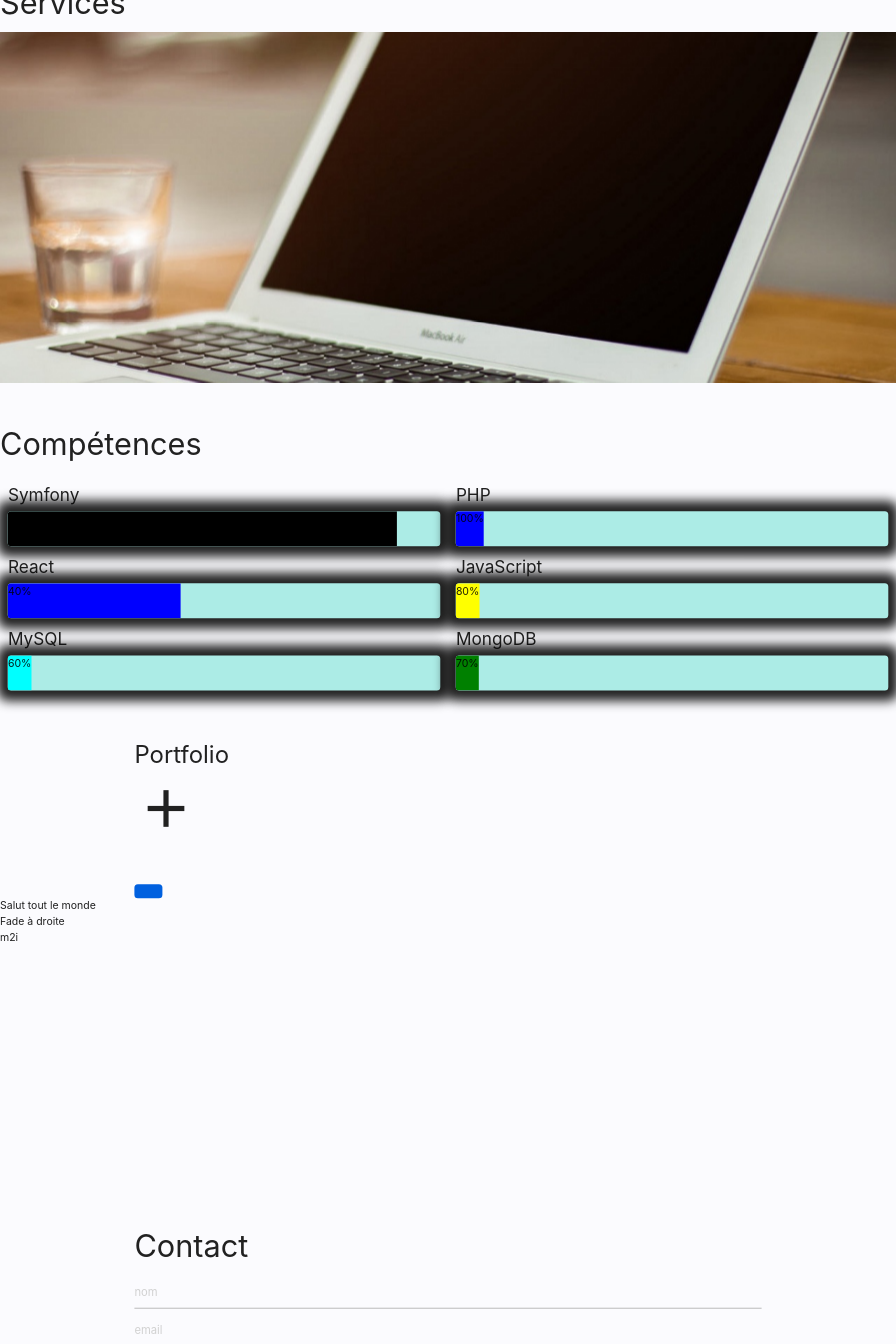
Repository: duncanidaho14/mavitrine
Page: index.html
An editor plug-in stored every save of this project. The page is shown before and after a run of saves, followed by the edit.
The browser window is 1280 px wide. The pictures show the part of the page from y = 1336 to 3256 px (the page is 4178 px tall), at 70% of full size.

Above is the page before, as saved 2021-06-15 19:31:40.

### index.html
<!DOCTYPE html>
<html lang="fr">
<head>
    <meta charset="UTF-8">
    <meta http-equiv="X-UA-Compatible" content="IE=edge">
    <meta name="viewport" content="width=device-width, initial-scale=1.0">
    <meta name="description" content="">
    <meta name="theme-color" content="#84db94">
    <!-- Compiled and minified CSS -->
    <link href="https://fonts.googleapis.com/icon?family=Material+Icons" rel="stylesheet">
    <link rel="stylesheet" href="https://cdnjs.cloudflare.com/ajax/libs/materialize/1.0.0/css/materialize.min.css">
    <link href="https://unpkg.com/aos@2.3.1/dist/aos.css" rel="stylesheet">
    <link rel="stylesheet" href="./assets/css/style.css">
    <title>Elhadi BEDDAREM</title>
</head>
<body>
<div class="inc">

    <header class="container-fluid">
        <div class="row">
            <nav class="navbar-fixed">
                <div class="nav-wrapper">
                    <a id="switch" onclick="toggleTheme()" class="waves-effect waves-light btn-large"><i class="material-icons">airplay</i></a>
                    <a href="#!" class="brand-logo">EB<i class="material-icons">cloud</i></a>
                    <ul class="right hide-on-med-and-down">
                        <li><a href="#services" class="sc"><i class="material-icons">search</i></a></li>
                        <li><a href="#competences"><i class="material-icons">view_module</i></a></li>
                        <li><a href="#parcours"><i class="material-icons">refresh</i></a></li>
                        <li><a href="#contact"><i class="material-icons">more_vert</i></a></li>
                    </ul>
                </div>
            </nav>
            <ul class="sidenav" id="mobile-demo">
                <li><a href="#quisuisje">Qui suis-je ?</a></li>
                <li><a href="#mestechno">Mes techno</a></li>
                <li><a href="#parcours">Parcours</a></li>
                <li><a href="#contact">Contact</a></li>
            </ul>
            <ul id="slide-out" class="sidenav">
                <li>
                    <div class="user-view">
                        <div class="background">
                            <img src="/assets/img/mysql.png" class="circle">
                        </div>
                        <a href="#user"><img class="circle" src="/assets/img/git.png"></a>
                        <a href="#name"><span class="black-text name">Elhadi Beddarem</span></a>
                        <a href="#email"><span class="black-text email">elhadibeddarem@gmail.com</span></a>
                    </div>
                </li>
                <li><a href="https://codeintheshell.fr" target="_blank"><i class="material-icons">cloud</i>Autre site : codeintheshell.fr</a></li>
                <li><a href="https://shtex.fr/">Autre site : shtex.fr</a></li>
                <li><a href="http://shtexworld.fr/">Autre site : shtexworld.fr</a></li>
                <li>
                    <div class="divider"></div>
                </li>
                <li><a class="subheader">séparateur</a></li>
                <li><a class="waves-effect" href="./assets/img/cvelhadi.pdf" download="cvelhadi"><i class="material-icons">cloud_download</i> CV Download</a></li>
            </ul>
            <a href="#" data-target="slide-out" class="sidenav-trigger"><i class="material-icons">menu</i></a>
        </div>
    </header>

    <section class="container">
        <article class="row">
            <h1 class="elhadi-title" data-aos="fade-right">Elhadi BEDDAREM</h1>
            <h2 data-aos="fade-left">Concepteur d'Application Web</h2>
            <div class="carousel" data-aos="zoom-in-left">
                <a class="carousel-item" href="#two!"><img src="./assets/img/react.png"></a>
                <a class="carousel-item" href="#one!"><img src="./assets/img/symfony.png"></a>
                <a class="carousel-item" href="#three!"><img src="./assets/img/mysql.png"></a>
                <a class="carousel-item" href="#four!"><img src="./assets/img/git.png"></a>
                <a class="carousel-item" href="#five!"><img src="./assets/img/javascript.png"></a>
            </div>

            <div class="parallax-container" data-aos="zoom-in-left">
                <div class="parallax">
                    <img src="./assets/img/ordinateur-de-bureau-pc.jpg" alt="ordinateur de bureau"/>
                </div>
            </div>
        </article>


    </section>

    <section class="container-fluid">
        <div id="services" class="section scrollspy"></div>
        <article class="row services">
            <h3>Services</h3>
            <div class="parallax-container" data-aos="zoom-in-right">
                <div class="parallax">
                    <img src="./assets/img/ordinateur-de-bureau-pc.jpg" alt="ordinateur de bureau"/>
                </div>
            </div>
        </article>
    </section>

    <section class="container-fluid section scrollspy" data-aos="fade-up" id="competences">
        <article class="row competences">
            <h3>Compétences</h3>

                <div class="col s6 ">
                    <h5 class="title-five">Symfony</h5>
                    <div class="progress bar">
                        <div class="determinate symfony" data-done="90">90%</div>
                    </div>
                    <h5 class="title-five">React</h5>
                    <div class="progress bar">
                        <div class="determinate react" data-done="40">40%</div>
                    </div>
                    <h5 class="title-five">MySQL</h5>
                    <div class="progress bar">
                        <div class="determinate mysql" data-done="60">60%</div>
                    </div>
                </div>
                <div class="col s6">
                    <h5 class="title-five">PHP</h5>
                    <div class="progress bar">
                        <div class="determinate php" data-done="100">100%</div>
                    </div>
                    <h5 class="title-five">JavaScript</h5>
                    <div class="progress bar">
                        <div class="determinate javascript" data-done="80">80%</div>
                    </div>
                    <h5 class="title-five">MongoDB</h5>
                    <div class="progress bar">
                        <div class="determinate mongodb" data-done="70">70%</div>
                    </div>
                </div>
        </article>

    </section>

    <aside class="container">
        <article class="row">
            <h4>Portfolio</h4>
            <p><i class="material-icons large">add</i></p>
            <div id="search" class="section scrollspy"></div>
        </article>
        <button></button>
    </aside>




<div data-aos="fade-up">Salut tout le monde</div>



<div data-aos="fade-right">Fade à droite</div>


<div class="fadeup" data-aos="fade-up"
    data-aos-anchor-placement="top-center">
        m2i
</div>
<section class="container">
    <article class="row">
        <h3>Contact</h3>
        <form action="./contact.php" method="POST">
            <input type="text" class="input-group-text" placeholder="nom">
            <input type="email" class="input-group-text" placeholder="email">
            <a class="waves-effect waves-light btn"><i class="material-icons right">cloud</i>Envoyer</a>        </form>

    </article>
</section>

    <footer>
        <p>
                En 2016, un ami m'a mis le pied à l'étriller en me montrant PHP et MySQL.
                Alors je me suis formé au joie du code et m'orienté dans le domaine du web.
                J'ai commencé à suivre des formations sur des plateformes gratuites telle que youtube, freecodecamp
                mais aussi payantes telle que udemy.
            </p>
            <p>En 2017, j'ai travaillé chez FTL Express, une société chinoise de livraison de colis.
                Nous avions pour projet une application d'impression de timbres postaux.
                Le but étant de facilité l'envoie de colis postaux vers la chine pour les personnes chinoises vivant en France. Ceux là leur simplifie  la vie puisqu'il n'ont pas
                à faire la queue à la poste pour l'envoie de leur colis.
                Coté front nous avons utilisé Vue JS et coté back Java. En temps que développeur front-end je suis responsable de la qualité de mon code<br>
                - Migration Vue 2.* et Int8 de l'application<br>
                - Implémentationde fonctionnalité d’importation de CSV
                - Test Unitaire et fonctionnel.<br>
                et de PDF<br>
                <span>Environnement technique: Vue JS, Node JS, Express,
                Element io, Chai, Mocha, SCRUM.</span>
            </p>

            <p>En 2018, j'ai travaillé pour la société Azzerisk Advantage basée à saint Mandé. AZZERISK Advantage est un cabinet indépendant et international proposant
            des solutions complètes en risk management. <br>
                    -         Installation de Cassandra sous windows 10<br>
                    -         Ajout de nouvelles règles de gestion<br>
                    -         Stockage en base de données NoSQL (Cassandra)<br>
                    -         Maintenance évolutive et corrective sur un logiciel de comparaison de stratégie de risk. <br>
                    -         Mise en forme de l’application grâce au flexbox<br>
                    Environnement technique : AngularJS, Oracle, Cassandra, REST, Elasticsearch
            </p>

            <p>En 2019, J'ai travaillé sur des projets personnels : <br>
                <a href="https://shtex.fr" target="_blank">https://shtex.fr</a> est un site en React JS. C'est une SPA connecté à une API REST (the MovieDB). <br>
                <a href="http://shtexworld.fr" target="_blank">https://shtexworld.fr</a> est un site en javascript. Le jeu Snake pour les amateurs ;)<br>
                <a href="http://shtexworld.com"target="_blank" >https://shtexworld.com</a> est un site en React JS. il permet de voir la valeur de la monnaie par rapport au dollar.<br>
            J'ai lu le livre "tête la première dans les design pattern" écrit par Eric Freeman.
            </p>

            <p>En 2020, Développeur fullstack d'une application de calcul du nutriscore avec une solution Symfony 4.3 (twig) :
                <br>
                <a href="https://www.coopin.io/coopincook" target="_blank" rel="noopener noreferrer">https://www.coopin.io/coopincook</a>
                <br>
                <a href="https://cook.readyplayerweb.com/" target="_blank" rel="noopener noreferrer">https://cook.readyplayerweb.com/</a>
                <br>
                Web Scrapping en php de recette de cuisine. Site cuisine AZ, Marmitton, journal des femmes. <br>
                Implémentation de différentes fonctionnalité comme facebook login, facebook share, google sign-in...
                dans le projet symfony.<br>
                Inscription à l'app, connexion à l'app. envoie de mail avec swiftmailer... <br>
                Importation de CSV dans la base de données grâce à une connexion ssh et scp. <br>
                Installation du bundle webpack encore...<br>
                Ecriture de doc technique...<br>
                Site Wordpress avec Elementor.io
            </p>
            <p>
                cours udemy :
                cours d'algo avec matthieu Gaston
                    - algo de tri
                    -
                Octobre 2020<br>
                cours js<br>
                requete HTTP <br>
                function asynchrone<br>
                cours web component HTML5
            </p>
        <div id="footer">
            <p>je fais des macro sur wow</p>
        </div>
    </footer>

</div>

    <!-- Compiled and minified JavaScript -->
    <script src="https://cdnjs.cloudflare.com/ajax/libs/jquery/3.6.0/jquery.js"></script>
    <script src="https://unpkg.com/@popperjs/core@2"></script>
    <script src="https://cdnjs.cloudflare.com/ajax/libs/materialize/1.0.0/js/materialize.min.js"></script>
    <script src="https://unpkg.com/aos@2.3.1/dist/aos.js"></script>
    <script src="./assets/js/index.js"></script>
    <script>
        AOS.init();
    </script>
</body>
</html>

### assets/css/style.css
@font-face {
    font-family: "aladin-v8-latin-regular";
    src:    url("/assets/static/aladin-v8-latin-regular.woff2") format("woff2"),
            url("/assets/static/aladin-v8-latin-regular.woff") format("woff");
}

.theme-light {
    --color-primary: #0060df;
    --color-secondary: #fbfbfe;
    --color-accent: #fd6f53;
    --color-info: #ff9f41;
    --color-prud: #ffcb99;
    --font-color: #000000;
}

.theme-dark {
    --color-primary: #17ed90;
    --color-secondary: #2e6770;
    --color-third: #ff9f41;
    --color-accent: #12cdea;
    --color-info: #00ffff;
    --color-prud: #730100;
    --font-color: #ffffff;
}



* {
    margin: 0;
    padding: 0;
    box-sizing: border-box;
}

html, body {
    scroll-behavior: smooth;
}

.navbar-fixed {
    margin-top: -80px;
    position: fixed;
    z-index: 999;
    background-color: #0060df;
}

a .sidenav-trigger {
    position: relative;
    margin-top: 140px;
    width: 40px;
    height: 40px;
    z-index: 9999;
}

header.container-fluid {
    margin-top: 80px;
    height: auto;
}

.up {
    background-color: bisque;
}

.fadeup {
    width: 200px;
    height: 400px;
}

.inc {

    background: var(--color-secondary);

}

.inc h1 {
    color: var(--font-color);
}

.inc button {
    width: 10px;
    height: 20px;
    color: var(--font-color);
    background: var(--color-primary);
    padding: 10px 20px;
    border: 0;
    border-radius: 5px;
}

#switch {
    background-color: rgba(128, 0, 49, .2);
    top: -5px;
}

.elhadi-title {
    color: #000000;

}

.determinate {
    position: absolute;
}


div.progress.bar {
    height: 50px;
    border-radius: 5px 5px 5px 5px;
    box-shadow: 0px 0px 15px 15px;
}
div.determinate.symfony {
    background-color: #000000;

    height: 50px;
}

.progress>.determinate.symfony {

    width: 0%;
}

.progress>.determinate.react {
    background-color: blue;
}

.progress>.determinate.mysql {
    background-color: aqua;

}

.progress>.determinate.php {
    background-color: blue;
}

.progress>.determinate.javascript {
    background-color: yellow;
}

.progress>.determinate.mongodb {
    background-color: green;
}

### assets/js/index.js
$(document).ready(function(){
    $(".dropdown-trigger").dropdown();
    $('.sidenav').sidenav();
    $('.carousel').carousel();
    $('.parallax').parallax();
    $('.scrollspy').scrollSpy();
});


let competences = document.querySelector(".competences");
let progress = document.querySelectorAll(".progress");
let determinate = document.querySelectorAll(".determinate");
const symfony = document.querySelector('.determinate.symfony');
const react = document.querySelector(".determinate.react");
const mysql = document.querySelector(".determinate.mysql");
const php = document.querySelector(".determinate.php");
const javascript = document.querySelector(".determinate.javascript");
const mongodb = document.querySelector(".determinate.mongodb");
const progressbar = document.querySelector(".progress.bar");

window.addEventListener('scroll', (e) => {

    if (window.scrollY > 650) {
        competences.classList.add('up');
        symfony.style.width = symfony.getAttribute('data-done') + '%';
        react.style.width = react.getAttribute('data-done') + '%';
        symfony.style.width = symfony.getAttribute('data-done') + '%';
        symfony.style.width = symfony.getAttribute('data-done') + '%';
        symfony.style.width = symfony.getAttribute('data-done') + '%';

    }else {
        competences.classList.remove('up');
    }
});

// function loader() {
//     for (let i = 0; i < determinate.length; i++) {
//         const element = determinate[i];

//         //console.log(element);
//         setTimeout(() => {
//             symfony.style.width = element.getAttribute('data-done') + '%';
//             console.log(symfony.style.width)

//         }, 1500);

//         setTimeout(() => {
//             react.style.width = element.getAttribute('data-done') + '%';
//             //console.log(react.style.width);
//             mysql.style.width = element.getAttribute('data-done') + '%';
//             //console.log(mysql.style.width);
//             php.style.width = element.getAttribute('data-done') + '%';
//             javascript.style.width = element.getAttribute('data-done') + '%';
//             mongodb.style.width = element.getAttribute('data-done') + '%';
//         }, 2600);

//     }

// }

/**
 * Permet d'afficher l'onglet d'une couleur différente
 * Ne marche que sur chrome Android
 * @returns Color
 */
function getRandomRGBValue() {
    return Math.min(Math.floor(Math.random() * 255 + 1), 255);
}

function getRandomColor() {
    var r = getRandomRGBValue(),
        g = getRandomRGBValue(),
        b = getRandomRGBValue();
    return "#" + (((1 << 24) + (r << 16) + (g << 8) + b).toString(16).slice(1));
}

function changeThemeColor() {
    var metaThemeColor = document.querySelector("meta[name=theme-color]");
    metaThemeColor.setAttribute("content", getRandomColor());
    setTimeout(function () {
        changeThemeColor();
    }, 3000);
}

changeThemeColor();


// function to set a given theme/color-scheme
function setTheme(themeName) {
    localStorage.setItem('theme', themeName);
    document.documentElement.className = themeName;
}
// function to toggle between light and dark theme
function toggleTheme() {
    if (localStorage.getItem('theme') === 'theme-dark') {
        setTheme('theme-light');
    } else {
        setTheme('theme-dark');
    }
}
// Immediately invoked function to set the theme on initial load
(function () {
    if (localStorage.getItem('theme') === 'theme-dark') {
        setTheme('theme-dark');
    } else {
        setTheme('theme-light');
    }
})();

After the next 2 saves:
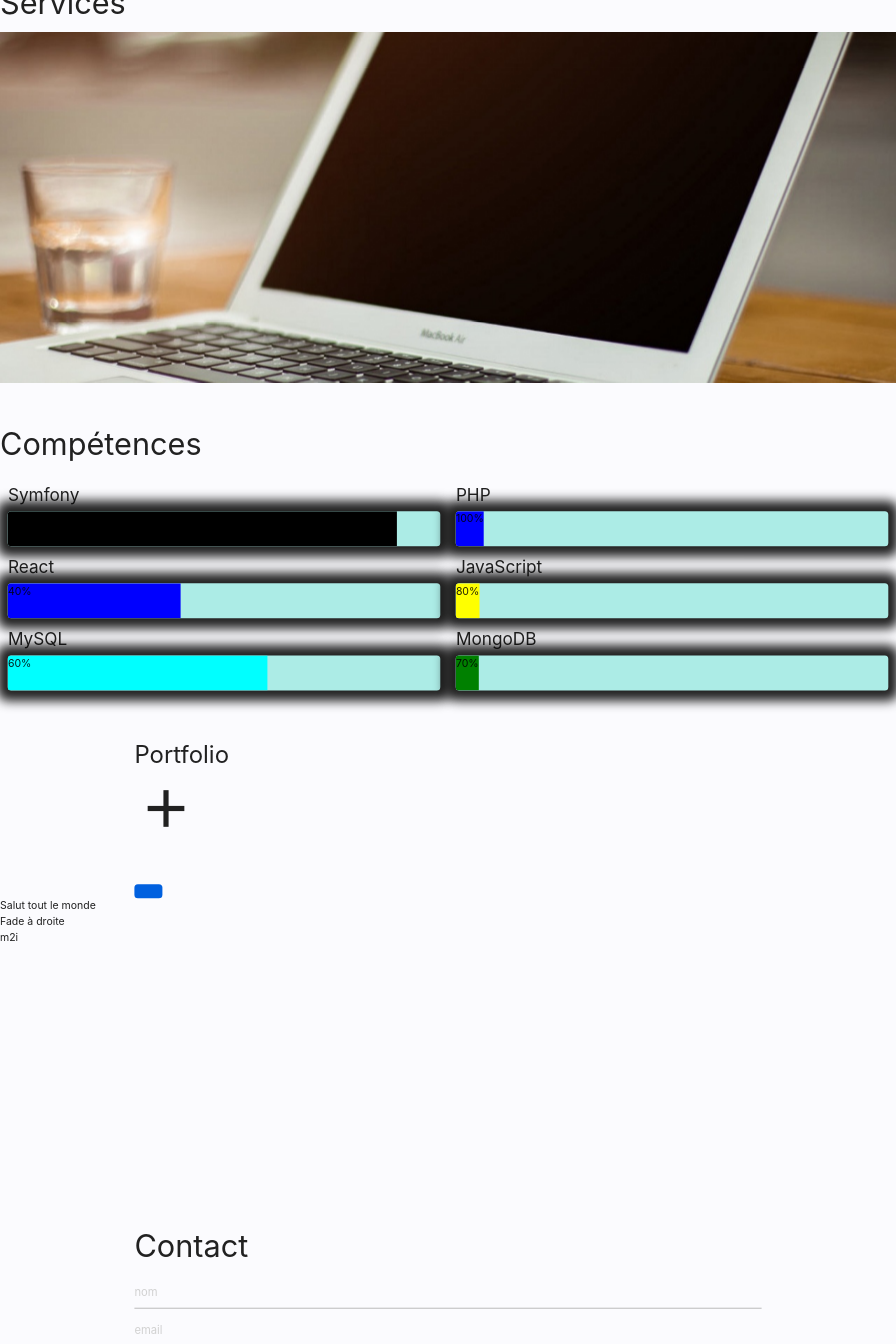
The 2 saves are shown as one change because they came seconds apart.
The last was saved 7 s later.
--- a/assets/js/index.js
+++ b/assets/js/index.js
@@ -24,7 +24,7 @@
         competences.classList.add('up');
         symfony.style.width = symfony.getAttribute('data-done') + '%';
         react.style.width = react.getAttribute('data-done') + '%';
-        symfony.style.width = symfony.getAttribute('data-done') + '%';
+        mysql.style.width = mysql.getAttribute('data-done') + '%';
         symfony.style.width = symfony.getAttribute('data-done') + '%';
         symfony.style.width = symfony.getAttribute('data-done') + '%';
 
